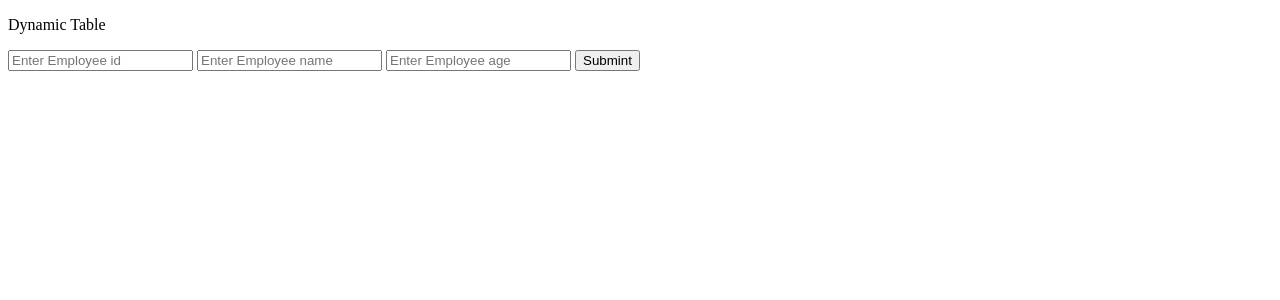
Repository: NathanDPoole/Personal
Page: Training/JavaScriptEx/src/main/webapp/html/dynamicTable.html
The author's editor kept a copy of each file at every save. The page is drawn from the files as they stood at one save, then again after the next save.
The browser window is 1280 px wide. The pictures show the whole page.

Above is the page before, as saved 2017-12-29 15:43:15.

After the next save:
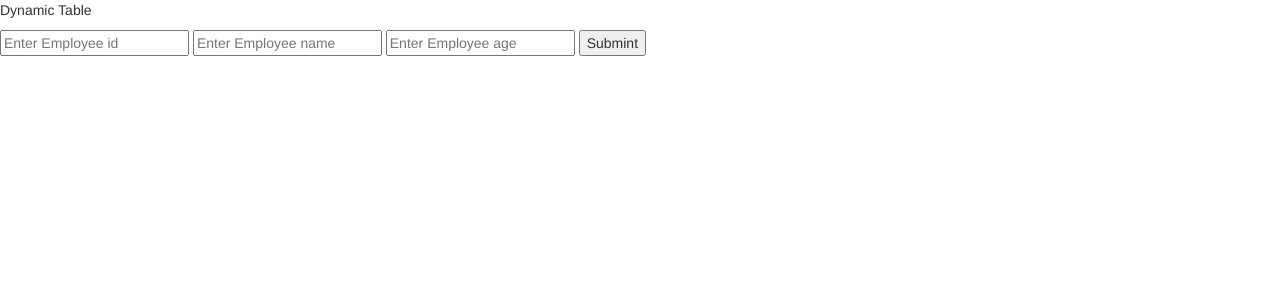
Saved 17 s later.
--- a/Training/JavaScriptEx/src/main/webapp/html/dynamicTable.html
+++ b/Training/JavaScriptEx/src/main/webapp/html/dynamicTable.html
@@ -2,6 +2,10 @@
 <html>
 <head>
 <meta charset="ISO-8859-1">
+<link rel="stylesheet"
+        href="https://maxcdn.bootstrapcdn.com/bootstrap/3.3.7/css/bootstrap.min.css"
+        integrity="sha384-BVYiiSIFeK1dGmJRAkycuHAHRg32OmUcww7on3RYdg4Va+PmSTsz/K68vbdEjh4u"
+        crossorigin="anonymous">
 <title>Dynamic Table</title>
 </head>
 <body>
